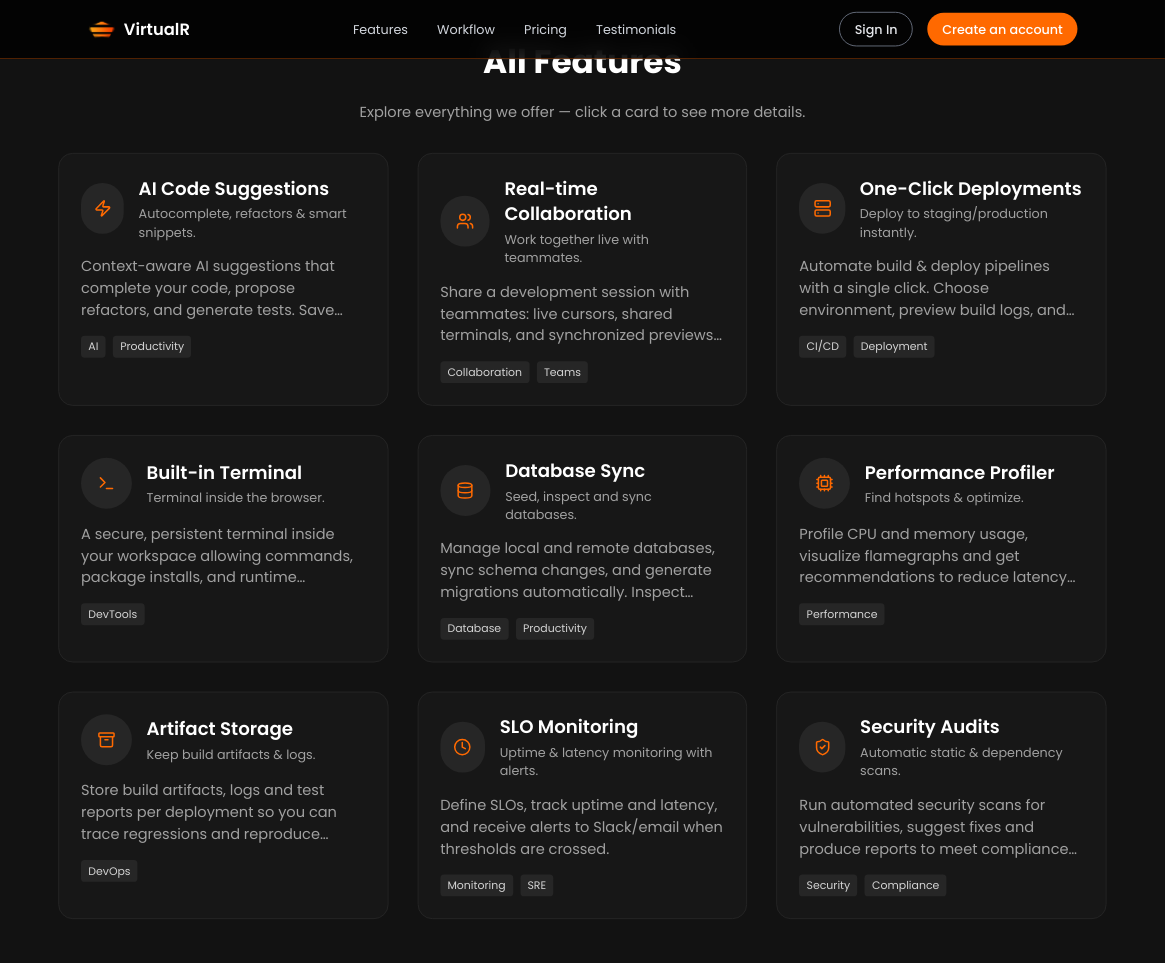
Repository: Khushichugh14/Virtualab
Page: /features
An editor plug-in stored every save of this project. The page is shown before and after the next save, followed by the edit.
The browser window is 1280 px wide. The pictures show the whole page, at 91% of full size.
The project was rebuilt for these pictures with package versions that can differ from the ones it lists, and the page was loaded fresh each time. Also part of the build but not shown: vite.config.js, src/constants/index.jsx, src/pages/StartFree.jsx, src/pages/Documentation.jsx, src/pages/CreatAccount.jsx, src/pages/SignIn.jsx, src/components/HeroSection.jsx, src/components/FeatureSection.jsx and 6 more. Imported but missing from the stored project, and not drawn on this page: src/assets/video1.mp4, src/assets/video2.mp4.

Above is the page before, as saved 2025-12-11 10:40:01.

After the next save:
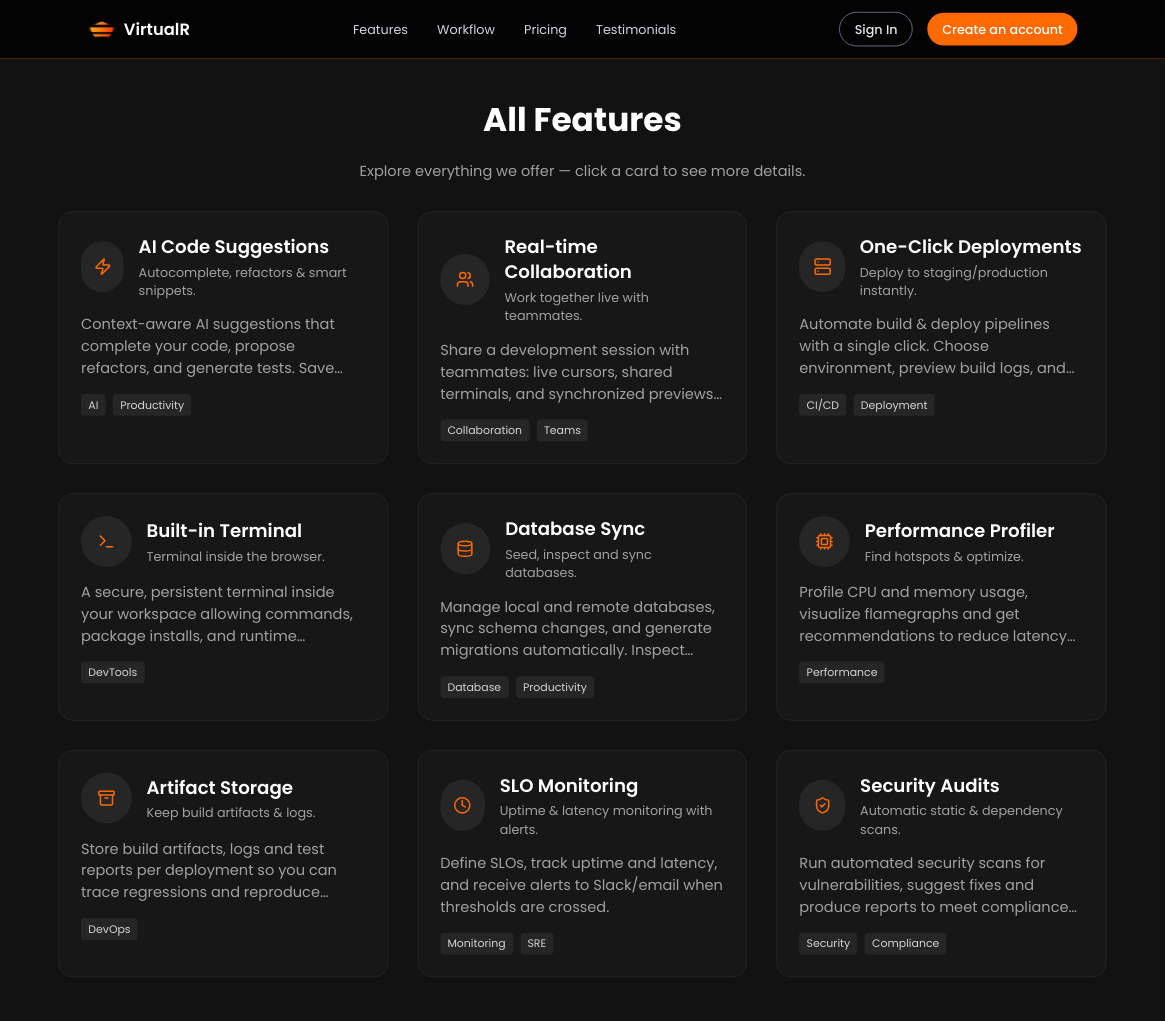
Saved 7 s later.
--- a/src/pages/FeaturePage.jsx
+++ b/src/pages/FeaturePage.jsx
@@ -4,7 +4,7 @@ import { Link } from "react-router-dom";
 
 const FeaturePage = () => {
   return (
-    <main className="px-6 py-12">
+    <main className="px-6 pt-28 pb-12">
       <div className="max-w-6xl mx-auto">
         <h1 className="text-4xl font-bold text-center mb-6">All Features</h1>
         <p className="text-center text-neutral-400 mb-8 max-w-2xl mx-auto">
